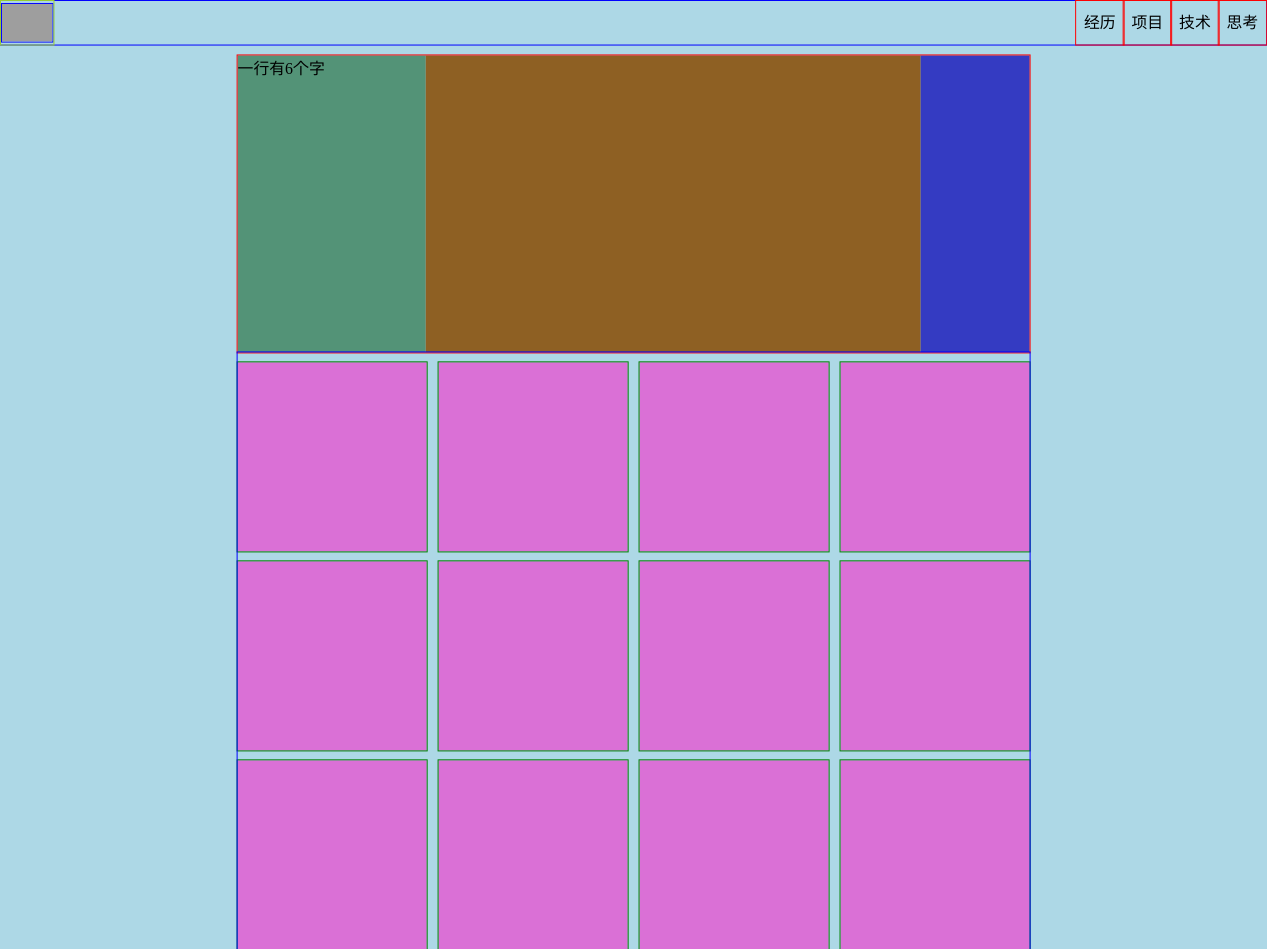
Repository: Lixianlai-2/Css-practice
Page: flex布局/index.html
The author's editor kept a copy of each file at every save. The page is drawn from the files as they stood at one save, then again after the next save.
The browser window is 1280 px wide. The pictures show the whole page, at 99% of full size.
Pictures or frames that could not be fetched are drawn as grey boxes.

Above is the page before, as saved 2021-12-04 11:37:06.

### flex布局/index.html
<!DOCTYPE html>
<html>
  <head>
    <meta charset="utf-8" />
    <link rel="stylesheet" href="style.css" />
    <title>float浮动</title>
  </head>

  <body>
    <header>
      <div class="logo">
        <img
          src="https://avatars.githubusercontent.com/u/23273345?v=4"
          alt="头像"
        />
      </div>
      <ul>
        <li>经历</li>
        <li>项目</li>
        <li>技术</li>
        <li>思考</li>
      </ul>
    </header>
    <div class="content">
      <aside>一行有6个字</aside>
      <main></main>
      <div class="ad"></div>
    </div>

    <div class="imageList">
      <div class="x">
        <div class="image"></div>
        <div class="image"></div>
        <div class="image"></div>
        <div class="image"></div>
        <div class="image"></div>
        <div class="image"></div>
        <div class="image"></div>
        <div class="image"></div>
        <div class="image"></div>
        <div class="image"></div>
        <div class="image"></div>
        <div class="image"></div>
      </div>
    </div>
  </body>
</html>

### flex布局/style.css
* {
  margin: 0;
  padding: 0;
  box-sizing: border-box;
}
body {
  background-color: lightblue;
}

img {
  max-width: 100%;
}

ul,
ol {
  list-style: none;
}

header {
  border: 1px solid blue;
  background-color: lightblue;
}

ul,
ol {
  list-style: none;
}

.logo {
  display: inline-block;
  outline: 1px solid yellowgreen;
  justify-content: flex-start;
  display: flex;
  align-items: center;
  /* height: 40px; */
}

header {
  display: flex;
  justify-content: space-between;
}

.logo > img {
  border: 1px solid blue;
  height: 40px;
  vertical-align: middle;
}

ul > li {
  outline: 1px solid red;
  line-height: 36px;
  padding: 4px 0.5em;
}

ul {
  /* margin-left: auto; */
  display: flex;
  /* 必须让其浮动，也让logo浮动，才能让其父容器完全贴合 */
}

.content {
  /* 不占据空间，绘制于元素内容周围 */
  display: flex;
  outline: 1px solid red;
  width: 800px;
  margin-top: 10px;
  margin-left: auto;
  margin-right: auto;
}

.content > aside {
  width: 190px;
  height: 300px;

  background-color: rgb(83, 147, 119);
}

.content > main {
  height: 300px;
  width: 500px;

  background-color: rgb(142, 96, 35);
}

.content > .ad {
  width: 110px;
  height: 300px;

  background-color: rgb(52, 59, 194);
}

.imageList {
  justify-content: space-evenly;
  outline: 1px solid blue;
  width: 800px;
  margin-left: auto;
  margin-right: auto;
}

.image {
  outline: 1px solid green;
  background-color: orchid;

  width: 191px;
  height: 191px;
  margin-top: 10px;
  margin-right: 12px;
}

.x {
  display: flex;
  flex-wrap: wrap;
  margin-right: -12px;
}

After the next save:
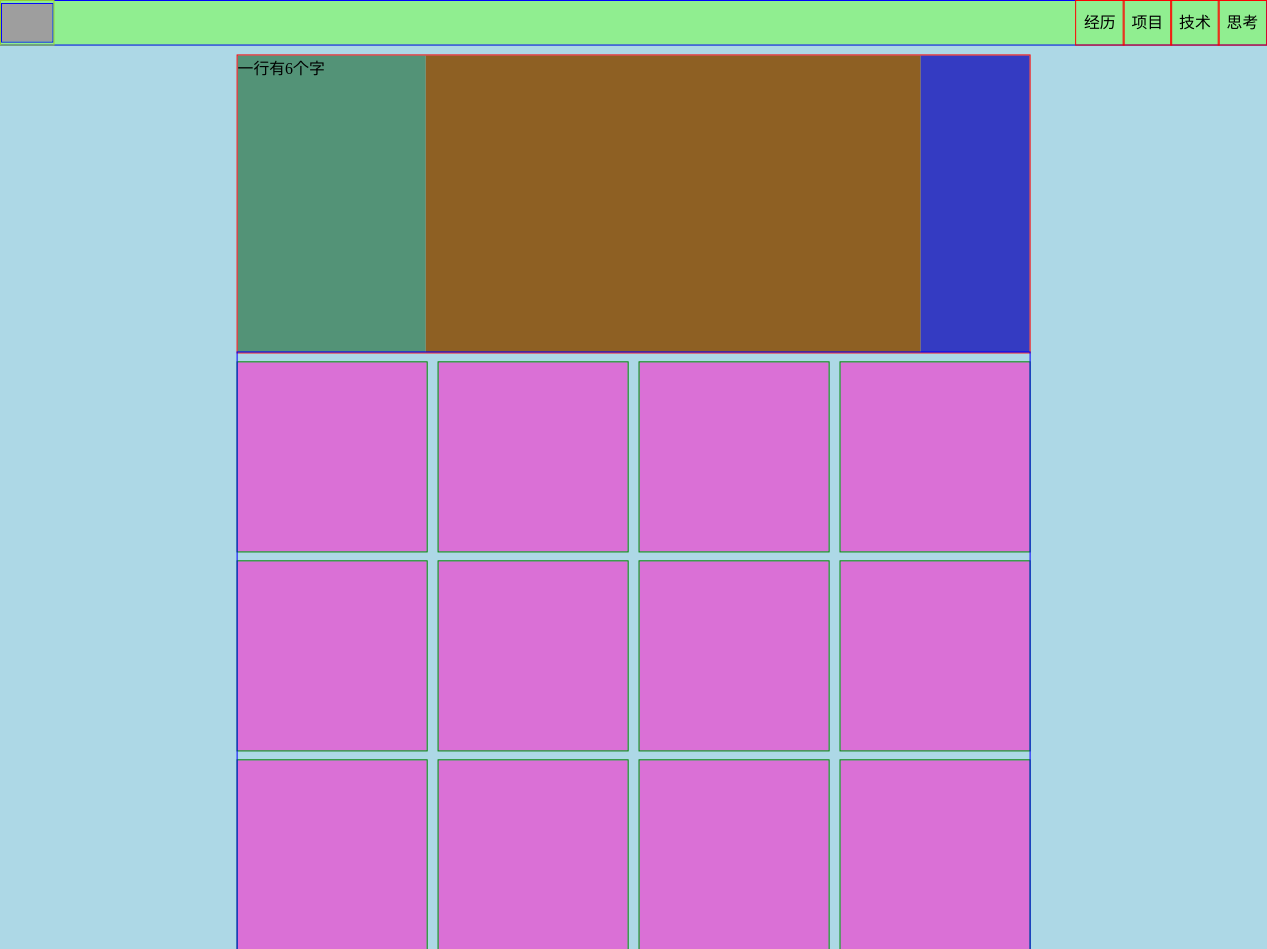
Saved 14 s later.
--- a/flex布局/style.css
+++ b/flex布局/style.css
@@ -18,7 +18,7 @@ ol {
 
 header {
   border: 1px solid blue;
-  background-color: lightblue;
+  background-color: lightgreen;
 }
 
 ul,
